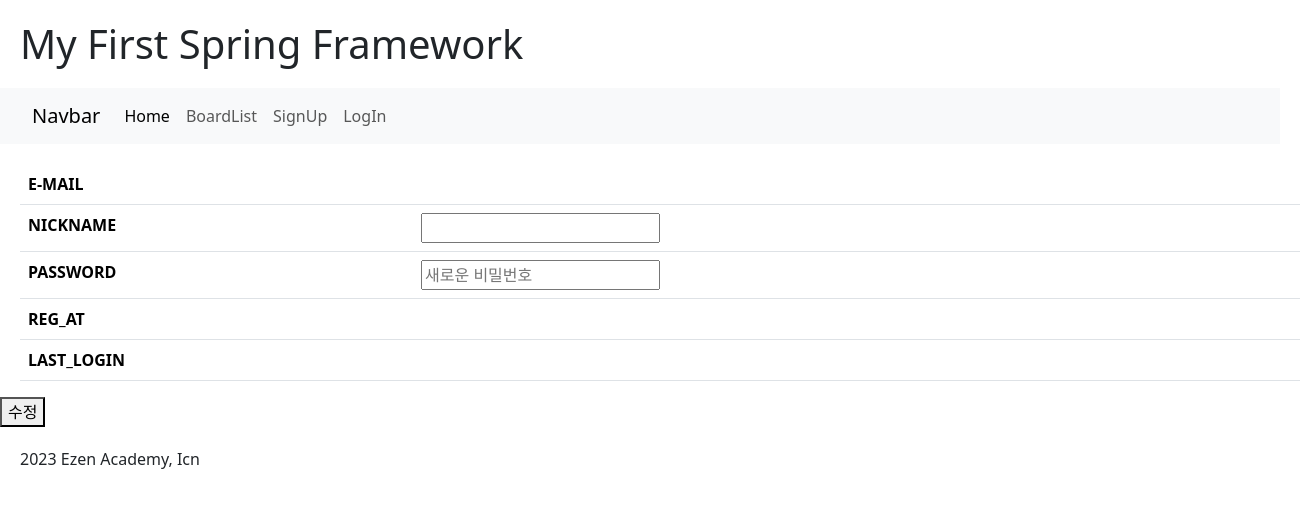
Repository: halsooitda/spring-java
Page: http://localhost/springProject/WEB-INF/views/member/modify.jsp
These files come from the project's save history. The page is drawn as it stood at one moment and after the next save; the edit follows.
The browser window is 1280 px wide. The page is 1300 px wide, so the pictures cover 1300 px, including what lies to the right of the window. The pictures show the whole page.
The page is served by Tomcat 9. Nobody is signed in. Other server files are loaded and not shown. The template is opened directly, without the code that normally fills it, so the values that code supplies are empty.

Above is the page before, as saved 2023-10-31 07:53:25.
Console error: TypeError: Cannot read properties of null (reading 'addEventListener')

### springProject/src/main/webapp/WEB-INF/views/member/modify.jsp
<%@ page language="java" contentType="text/html; charset=UTF-8"
    pageEncoding="UTF-8"%>
<%@ taglib uri="http://java.sun.com/jsp/jstl/core" prefix="c" %>
<!DOCTYPE html>
<html>
<head>
<meta charset="UTF-8">
<title>Member Modify</title>
<style type="text/css">
	table{
		margin: 20px;
	}
</style>
</head>
<body>
<jsp:include page="../common/header.jsp"/>
<jsp:include page="../common/nav.jsp"/>

<c:set value="${mvo }" var="mvo"></c:set>
<form action="/member/modify" method="post">
	<table class="table">
		<input type="hidden" name="email" value="${mvo.email }">
		<tr>
			<th>E-MAIL</th>
			<td>${mvo.email }</td>
		</tr>
		<tr>
			<th>NICKNAME</th>
			<td><input type="text" name="nickName" value="${mvo.nickName }"></td>
		</tr>
		<tr>
			<th>PASSWORD</th>
			<td><input type="text" name="pwd" placeholder="새로운 비밀번호"></td>
		</tr>
		<tr>
			<th>REG_AT</th>
			<td>${mvo.regAt }</td>
		</tr>
		<tr>
			<th>LAST_LOGIN</th>
			<td>${mvo.lastLogin }</td>
		</tr>
	</table>
	<button type="submit">수정</button>
</form>

<jsp:include page="../common/footer.jsp"/>
</body>
</html>

### springProject/src/main/webapp/WEB-INF/views/common/header.jsp
<%@ page language="java" contentType="text/html; charset=UTF-8"
    pageEncoding="UTF-8"%>
<%@ taglib uri="http://java.sun.com/jsp/jstl/core" prefix="c"%>
<!DOCTYPE html>
<html>
<head>
<meta charset="UTF-8">
<title>Header</title>
<link href="https://cdn.jsdelivr.net/npm/bootstrap@5.3.1/dist/css/bootstrap.min.css" rel="stylesheet" integrity="sha384-4bw+/aepP/YC94hEpVNVgiZdgIC5+VKNBQNGCHeKRQN+PtmoHDEXuppvnDJzQIu9" crossorigin="anonymous">
<script src="https://cdn.jsdelivr.net/npm/bootstrap@5.3.1/dist/js/bootstrap.bundle.min.js" integrity="sha384-HwwvtgBNo3bZJJLYd8oVXjrBZt8cqVSpeBNS5n7C8IVInixGAoxmnlMuBnhbgrkm" crossorigin="anonymous"></script>
<style type="text/css">
	h1, p, h3{
		margin: 20px;
	}
</style>
</head>
<body>
<h1>My First Spring Framework</h1>

</body>
</html>

### springProject/src/main/webapp/WEB-INF/views/common/nav.jsp
<%@ page language="java" contentType="text/html; charset=UTF-8"
    pageEncoding="UTF-8"%>
<%@ taglib uri="http://java.sun.com/jsp/jstl/core" prefix="c"%>
<%@ taglib prefix="sec" uri="http://www.springframework.org/security/tags" %>
<!DOCTYPE html>
<html>
<head>
<meta charset="UTF-8">
<title>Nav</title>
<style type="text/css">
	.container-fluid{
		margin-left: 20px;
	}
</style>
</head>
<body>
<header>
	<nav class="navbar navbar-expand-lg bg-body-tertiary">
  <div class="container-fluid">
    <a class="navbar-brand" href="#">Navbar</a>
    <button class="navbar-toggler" type="button" data-bs-toggle="collapse" data-bs-target="#navbarSupportedContent" aria-controls="navbarSupportedContent" aria-expanded="false" aria-label="Toggle navigation">
      <span class="navbar-toggler-icon"></span>
    </button>
    <div class="collapse navbar-collapse" id="navbarSupportedContent">
      <ul class="navbar-nav me-auto mb-2 mb-lg-0">

        <li class="nav-item">
          <a class="nav-link active" aria-current="page" href="/">Home</a>
        </li>
        <li class="nav-item">
          <a class="nav-link" href="/board/list">BoardList</a>
        </li>

		<!-- 인증이 된 사용자들만 -->
        <sec:authorize access="isAuthenticated()">
        <!-- 현재 인증한 사용자의 정보를 가져와서 해당 권한이 있는 케이스를 open -->
        <!-- 사용자 정보는 principal -->
        <sec:authentication property="principal.mvo.email" var="authEmail" />
        <sec:authentication property="principal.mvo.nickName" var="authNick"/>
        <sec:authentication property="principal.mvo.authList" var="auths"/>

		<li class="nav-item">
			<a class="nav-link" href="/board/register">BoardReg</a>
		          				<!-- controller -->
		</li>
        <c:choose>
        	<c:when test="${auths.stream().anyMatch(authVO -> authVO.auth.equals('ROLE_ADMIN')).get() }">
        		<!-- admin 계정만 할 수 있는 일을 처리 -->
        		<li class="nav-item">
        			<a class="nav-link" href="/member/list">admin > ${authNick }(${authEmail })</a>
        		</li>
        	</c:when>
        	<c:otherwise>
		        <!-- 로그인해야 open 되는 메뉴들 -->
        		<li class="nav-item">
        			<a class="nav-link" href="/member/detail?email=${authEmail }">${authNick }(${authEmail })</a>
        		</li>
        	</c:otherwise>
        </c:choose>

		<!-- get일때만 쿼리스트링으로 값 달고갈 수 있음 -->
	    <li class="nav-item">
			<a class="nav-link" href="" id="logoutLink">LogOut</a>
        </li>
		<form action="/member/logout" method="post" id="logoutForm">
			<input type="hidden" name="email" value="${authEmail }">
		</form>
        </sec:authorize>
        <!-- 권한이 있을 때 -->

        <!-- 권한이 없을 때(비회원) -->
        <!-- 아직 로그인 전 상태에서 오픈되어야 할 메뉴 -->
        <sec:authorize access="isAnonymous()">
	        <li class="nav-item">
	          <a class="nav-link" href="/member/register">SignUp</a>
	        </li>
	        <li class="nav-item">
	          <a class="nav-link" href="/member/login">LogIn</a>
	        </li>
        </sec:authorize>

      </ul>
    </div>
  </div>
</nav>
</header>

<script type="text/javascript">
document.getElementById('logoutLink').addEventListener('click', (e)=>{
	e.preventDefault(); //기존에 있던 이벤트를 없애는 형태
	document.getElementById('logoutForm').submit();
})
</script>

</body>
</html>

### springProject/src/main/webapp/WEB-INF/views/common/footer.jsp
<%@ page language="java" contentType="text/html; charset=UTF-8"
    pageEncoding="UTF-8"%>
<%@ taglib uri="http://java.sun.com/jsp/jstl/core" prefix="c"%>
<!DOCTYPE html>
<html>
<head>
<meta charset="UTF-8">
<title>Footer</title>

</head>
<body>
<div>
	<p>2023 Ezen Academy, Icn</p>
</div>
</body>
</html>

After the next save:
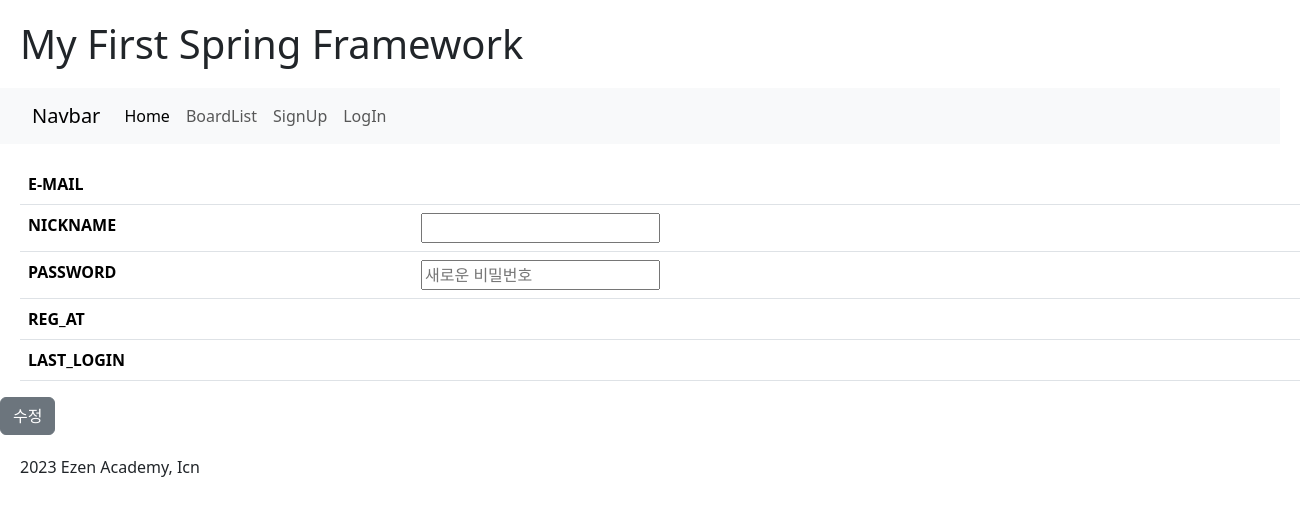
Saved 17 s later.
--- a/springProject/src/main/webapp/WEB-INF/views/member/modify.jsp
+++ b/springProject/src/main/webapp/WEB-INF/views/member/modify.jsp
@@ -41,7 +41,7 @@
 			<td>${mvo.lastLogin }</td>
 		</tr>
 	</table>
-	<button type="submit">수정</button>
+	<button type="submit" class="btn btn-secondary">수정</button>
 </form>
 
 <jsp:include page="../common/footer.jsp"/>
